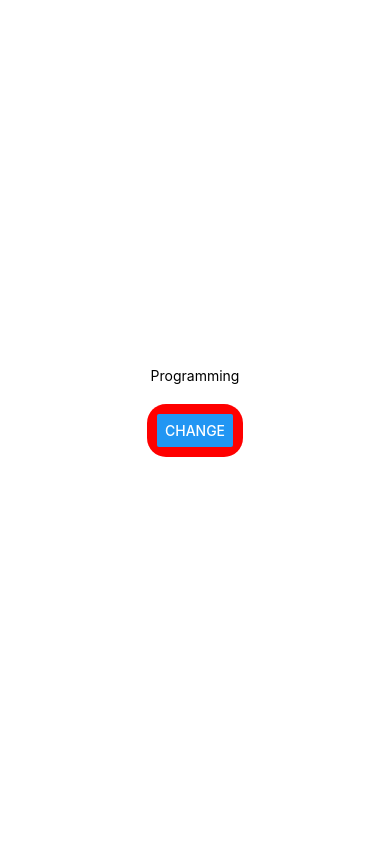
Repository: akinmiday/ReactNativeApp
Screen: /
These files come from the project's save history. The screen is drawn as it stood at one moment and after the next save; the edit follows.
The app was drawn by React Native's web renderer in a window 390 px wide. The project was rebuilt for these pictures with package versions that can differ from the ones it lists, and the page was loaded fresh each time.

Above is the screen before, as saved 2023-08-03 07:28:14.

After the next save:
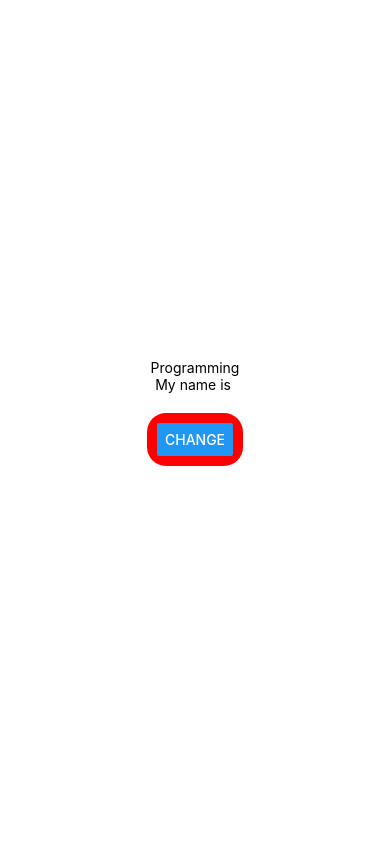
Saved 30 s later.
--- a/App.js
+++ b/App.js
@@ -13,6 +13,7 @@ export default function App() {
   return (
     <View style={styles.container}>
       <Text>{name}</Text>
+      <Text>My name is </Text>
       <View style={styles.button}>
         <Button title="change" onPress={clickMe} />
       </View>
